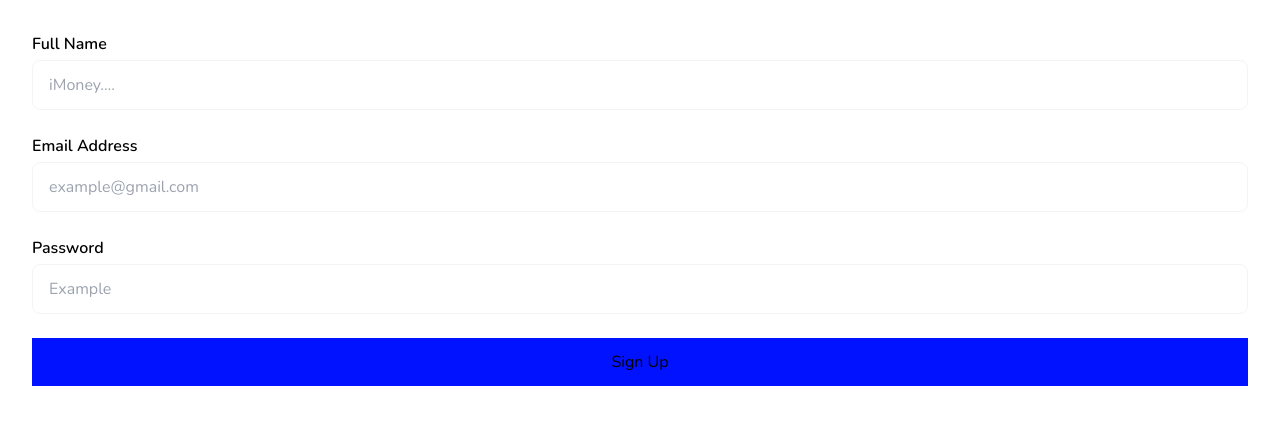
Repository: maixuanhieu/iMoney-VueJS
Page: /register
These files come from the project's save history. The page is drawn as it stood at one moment and after a run of saves; the edit follows.
The browser window is 1280 px wide. The pictures show the whole page.
The project was rebuilt for these pictures with package versions that can differ from the ones it lists, and the page was loaded fresh each time.

Above is the page before, as saved 2021-11-18 11:57:32.

After the next 2 saves:
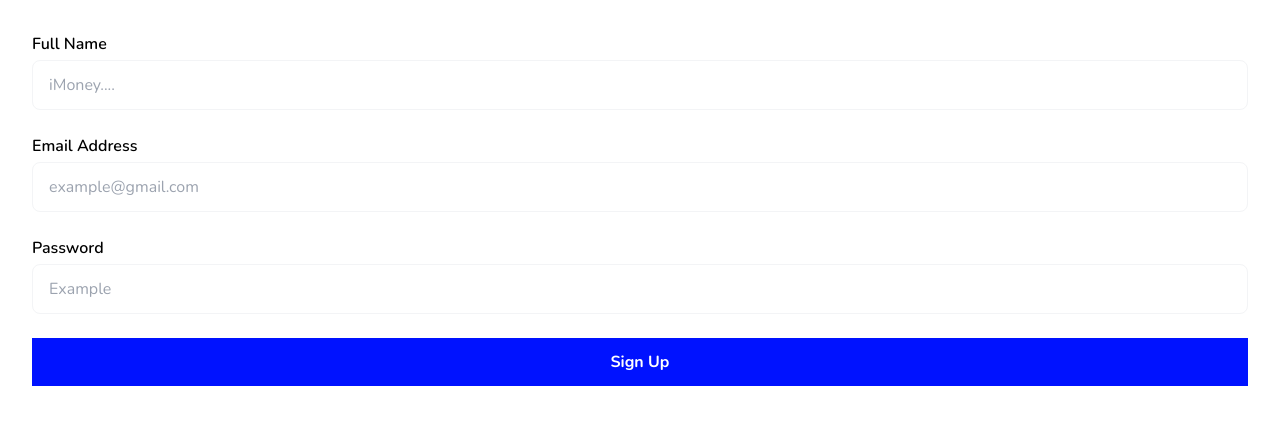
The 2 saves are shown as one change because they came seconds apart.
The last was saved 100 min 21 s later.
--- a/src/views/register.vue
+++ b/src/views/register.vue
@@ -36,7 +36,7 @@
        </div>
 
        <div class="row">
-         <button type="submit" class="py-3 text-center w-full bg-primary">
+         <button type="submit" class="py-3 text-center w-full bg-primary text-white font-bold">
             Sign Up
          </button>
        </div>
